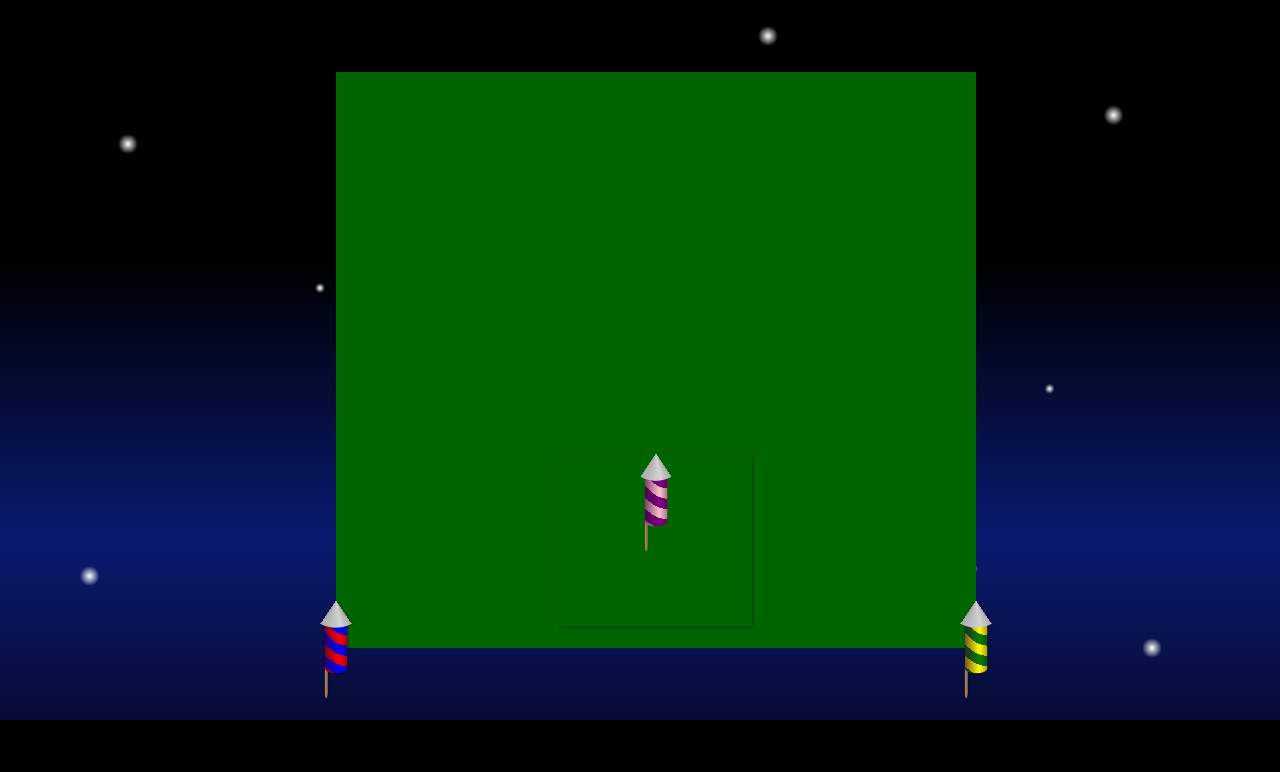
Repository: juliandecloe/CSS-To-The-Rescue---Julian-de-Cloe
Page: index.html
An editor plug-in stored every save of this project. The page is shown before and after the next save, followed by the edit.
The browser window is 1280 px wide. The pictures show the whole page.

Above is the page before, as saved 2022-03-10 17:07:14.

After the next save:
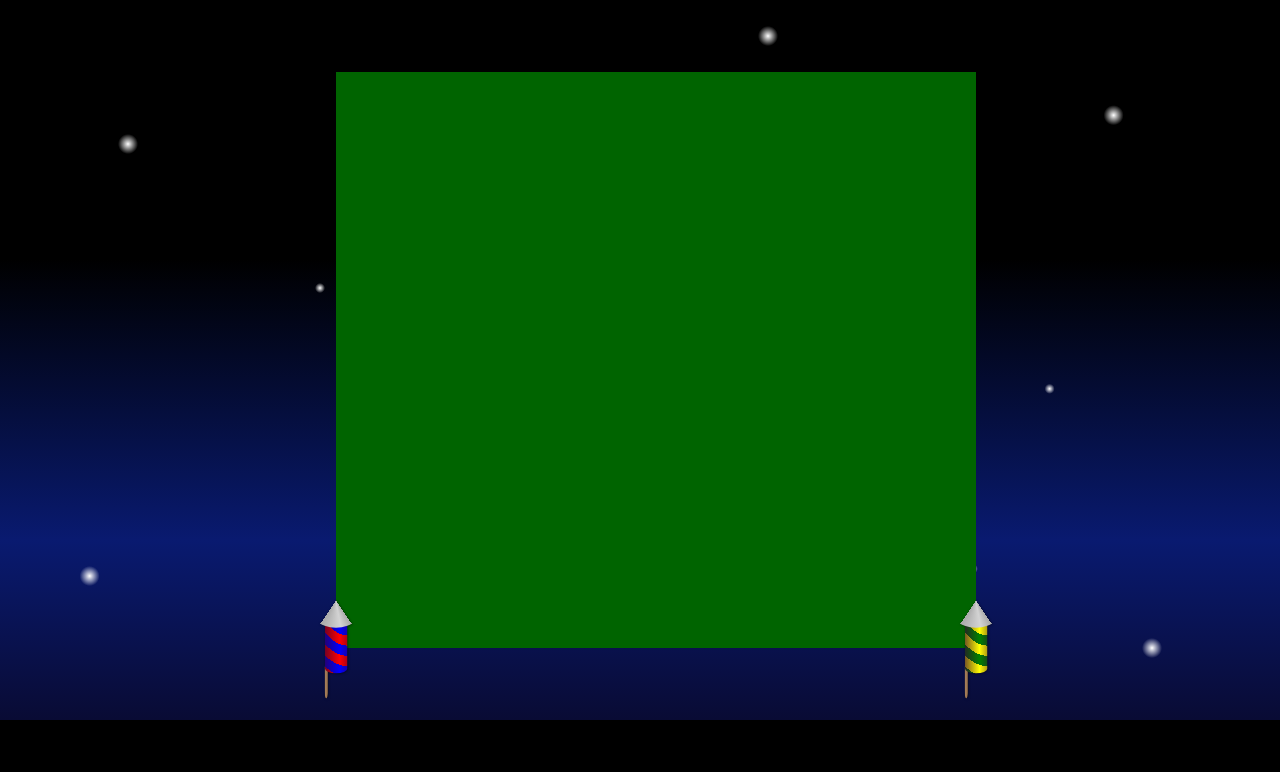
Saved 10 s later.
--- a/style.css
+++ b/style.css
@@ -573,11 +573,7 @@ input:nth-child(3)[type="checkbox"]:checked ~ main article label {
 /*========== CLOUDS ==========*/
 
 section:last-child label {
-	position: absolute;
-	top: 10vh;
-	background-color: darkgreen;
-	width: 50vw;
-	height: 80vh;
+	display: none;
 }
 
 section:last-child {
